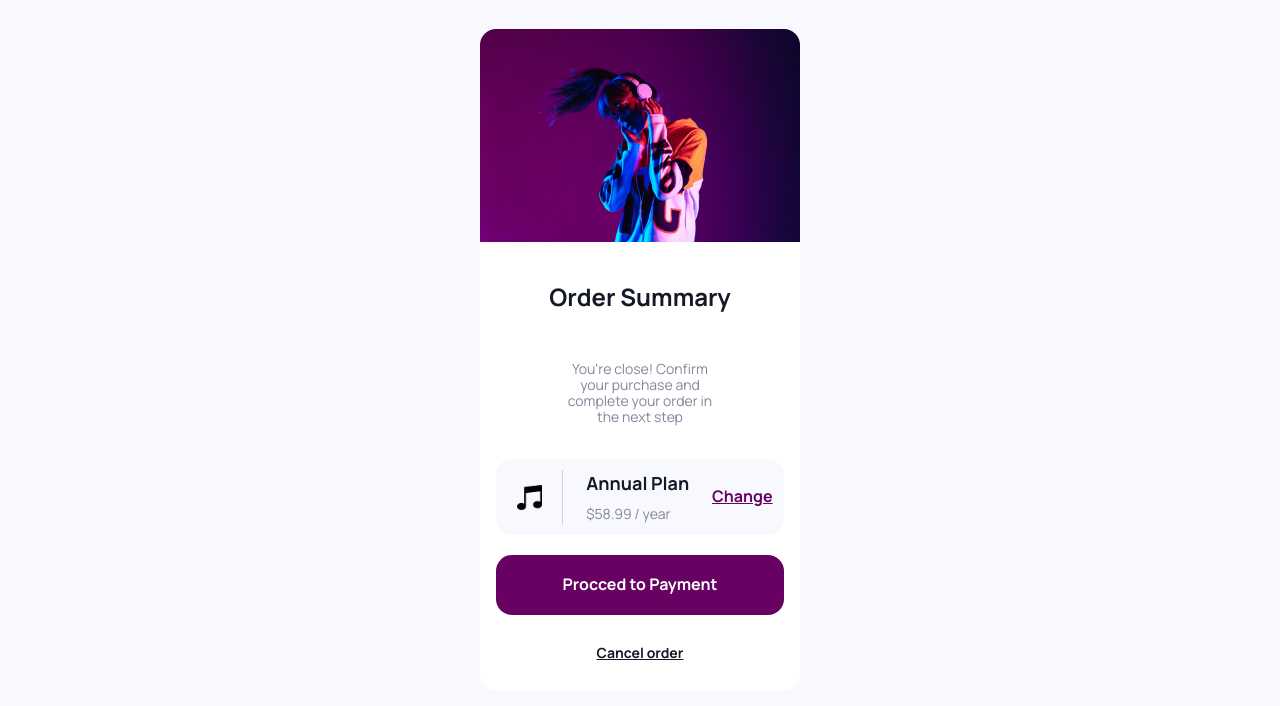
Repository: ssynowiec/INVO-Academy-solution
Page: /
An editor plug-in stored every save of this project. The page is shown before and after the next save, followed by the edit.
The browser window is 1280 px wide. The pictures show the whole page.
The project was rebuilt for these pictures with package versions that can differ from the ones it lists, and the page was loaded fresh each time.

Above is the page before, as saved 2023-03-04 20:42:21.

### index.html
<!DOCTYPE html>
<html lang="en">

<head>
  <meta charset="UTF-8" />
  <link rel="icon" type="image/svg+xml" href="/vite.svg" />
  <meta name="viewport" content="width=device-width, initial-scale=1.0" />
  <title>INVO Academy JS Starter with Vite</title>
</head>

<!-- In order to start your challenge, remove all the content inside <div id="home-page"></div> and start coding :) -->

<body>
  <div id="home-page" class="container">
    <section class="order">
      <img src="/images/girl.jpeg" alt="" class="order-image">
      <h1 class="order-title">Order Summary</h1>
      <p class="order-description">You're close! Confirm your purchase and complete your order in the next step</p>
      <div class="order-summary">
        <img src="/images/music.png" alt="" class="order-icon">
        <div class="product">
          <h2 class="product-name">Annual Plan</h2>
          <p class="product-price">$58.99 / year</p>
        </div>
        <a href="#" class="product-link">Change</a>
      </div>
      <button class="order-button">Procced to Payment</button>
      <a href="#" class="order-link">Cancel order</a>
    </section>
  </div>

  <script type="module" src="/src/global-scripts/main.js"></script>
  <script type="module" src="/src/pages/home-page/scripts/home-page.js"></script>
</body>

</html>

### src/pages/home-page/scripts/home-page.js
/// Homepage JavaScript File
/// Here we import all the JavaScript files we need for our homepage.

import '../styles/home-page.scss';

### src/global-styles/style.scss
/// Main Styles File
/// Here we import all the global Styles files we need for our project.

@import 'styles/normalize.scss';
@import 'styles/root.scss';
@import 'styles/fonts.scss';

body {
	font-family: 'Manrope', sans-serif;
	color: var(--color-primary);
	background-color: var(--color-background);
	display: flex;
	justify-content: center;
	align-items: center;
	height: 100vh;
}

p {
	color: var(--color-on-surface);
}

### src/pages/home-page/styles/home-page.scss
/// Homepage Styles File
/// Here we import all the Styles files we need for our Homepage.

.container {
	display: flex;
	justify-content: center;
	align-items: center;
}

.order {
	display: flex;
	flex-direction: column;
	justify-content: between;
	align-items: center;
	width: 90%;
	border-radius: 16px;
	overflow: hidden;
	background-color: var(--color-white);

	&-image {
		width: 100%;
		height: 20%;
		object-fit: cover;
	}

	&-title {
		font-weight: bold;
		padding-top: 25px;
		font-size: 24px;
		color: var(--color-title);
	}

	&-description {
		font-size: 14px;
		padding: 20px;
		color: var(--color-body);
		text-align: center;
	}

	&-summary {
		display: flex;
		justify-content: space-around;
		align-items: center;
		width: 90%;
		border-radius: 16px;
		margin-bottom: 20px;
		background-color: var(--color-background);
	}

	&-icon {
		width: 25px;
		height: 25px;
		padding: 15px 20px 15px 10px;
		border-right: 1px solid var(--color-stroke);
	}

	&-button {
		width: 90%;
		height: 60px;
		padding: 10px;
		border-radius: 16px;
		font-weight: bold;
		font-size: 16px;
		line-height: 160%;
		border: none;
		background-color: var(--color-primary);
		color: var(--color-white);
		cursor: pointer;

		&:hover {
			background-color: var(--color-primary-hover);
		}
	}

	&-link {
		padding: 30px 0;
		font-size: 14px;
		font-weight: bold;
		color: var(--color-title);
	}
}

.product {
	color: var(--color-title);

	&-name {
		font-size: 18px;
		line-height: 18px;
		font-weight: bold;
	}

	&-price {
		font-weight: medium;
		font-size: 14px;
		line-height: 14px;
		color: var(--color-body);
	}

	&-link {
		color: var(--color-primary);
		font-weight: bold;
		font-size: 16px;
		line-height: 160%;
	}
}

@media (min-width: 768px) {
	.order {
		width: 25%;

		&-description {
			padding: 20px 80px;
		}

		&-summary {
			justify-content: baseline;
		}
	}
}

### src/global-styles/styles/root.scss
/// Root Styles file
/// Here we define all the root variables we need for our project.
/// For examples see Material Design color system: https://m2.material.io/design/color/the-color-system.html

:root {
	--color-primary: #680262;
	--color-primary-hover: #490245;
	--color-background: #f8f9fe;
	--color-title: #151827;
	--color-body: #85859b;
	--color-stroke: #cfd1dd;
	--color-white: #ffffff;
}

### src/global-styles/styles/fonts.scss
/// Main Fonts File
/// Here we import all the fonts files we need for our project.

@import url('https://fonts.googleapis.com/css2?family=Manrope:wght@200;300;400;500;600;700;800&display=swap');

Loaded but not shown: src/global-scripts/main.js (common file); src/global-styles/styles/normalize.scss (common file)

After the next save:
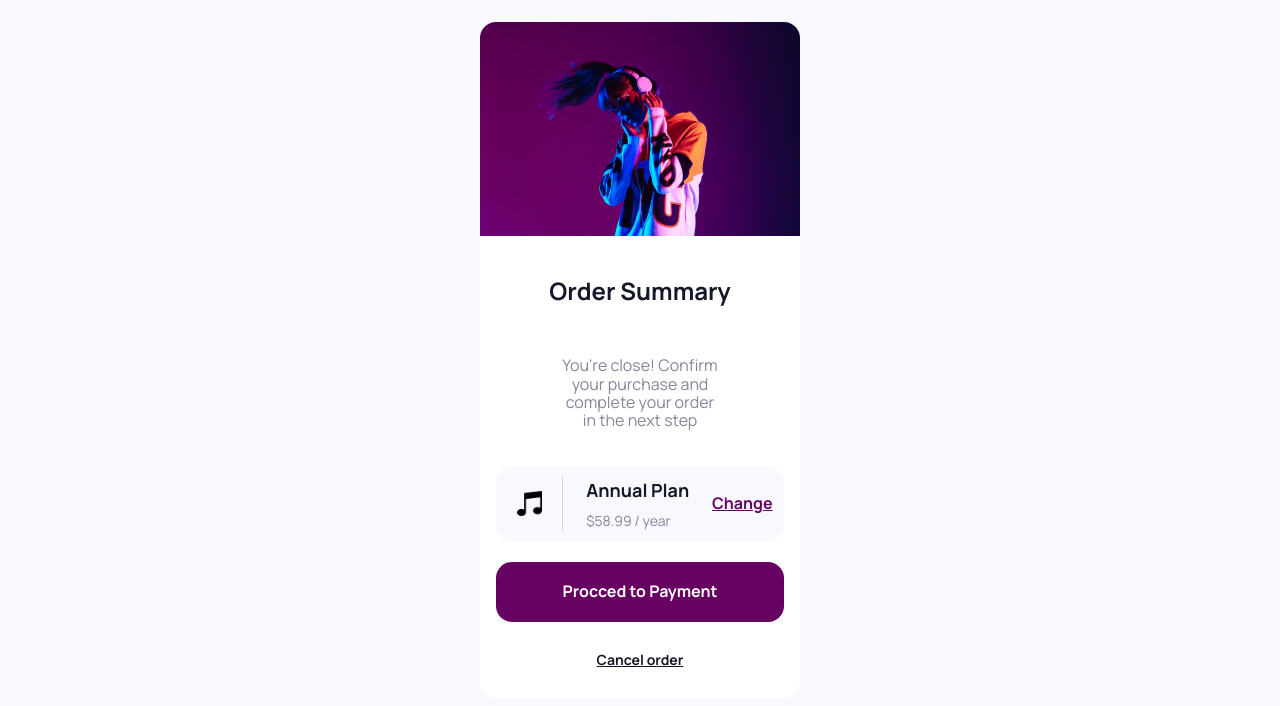
Saved 25 s later.
--- a/src/pages/home-page/styles/home-page.scss
+++ b/src/pages/home-page/styles/home-page.scss
@@ -31,7 +31,7 @@
 	}
 
 	&-description {
-		font-size: 14px;
+		font-size: 16px;
 		padding: 20px;
 		color: var(--color-body);
 		text-align: center;
